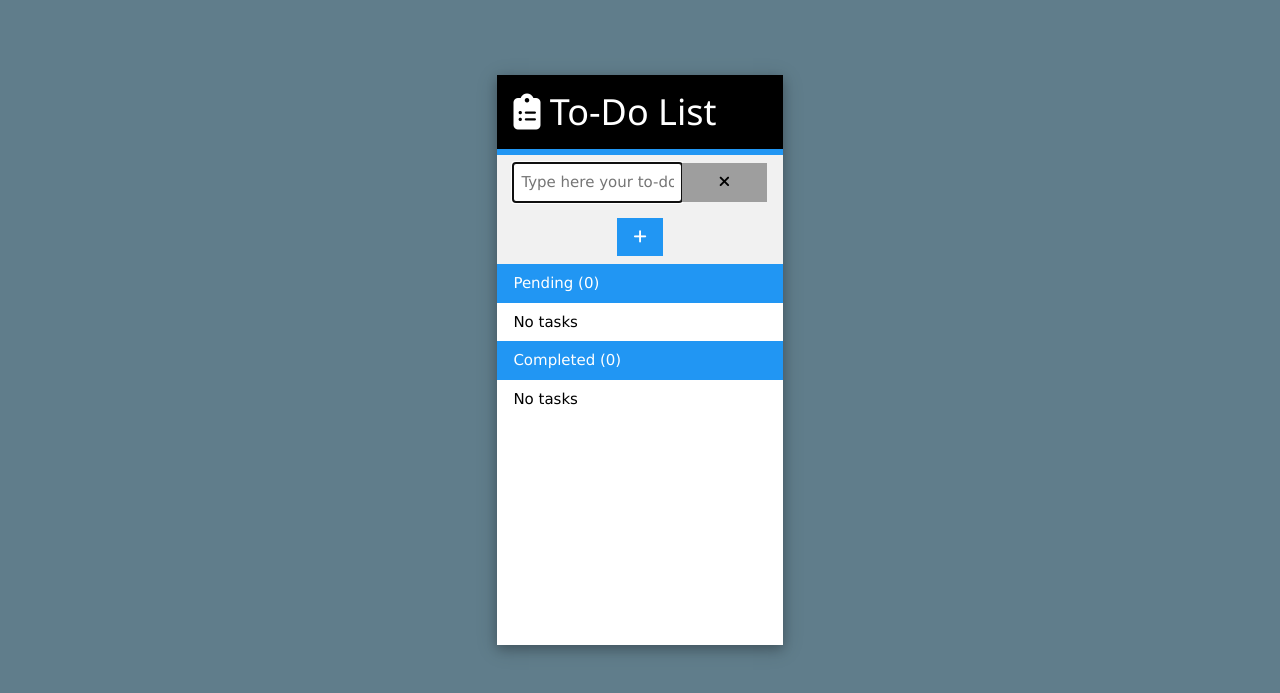
Repository: bclover/vue3-design-patterns-book
Page: /
The author's editor kept a copy of each file at every save. The page is drawn from the files as they stood at one save, then again after the next save.
The browser window is 1280 px wide. The pictures show the whole page.
The project was rebuilt for these pictures with package versions that can differ from the ones it lists, and the page was loaded fresh each time. Also part of the build but not shown: vite.config.ts.

Above is the page before, as saved 2023-06-19 22:33:10.

After the next save:
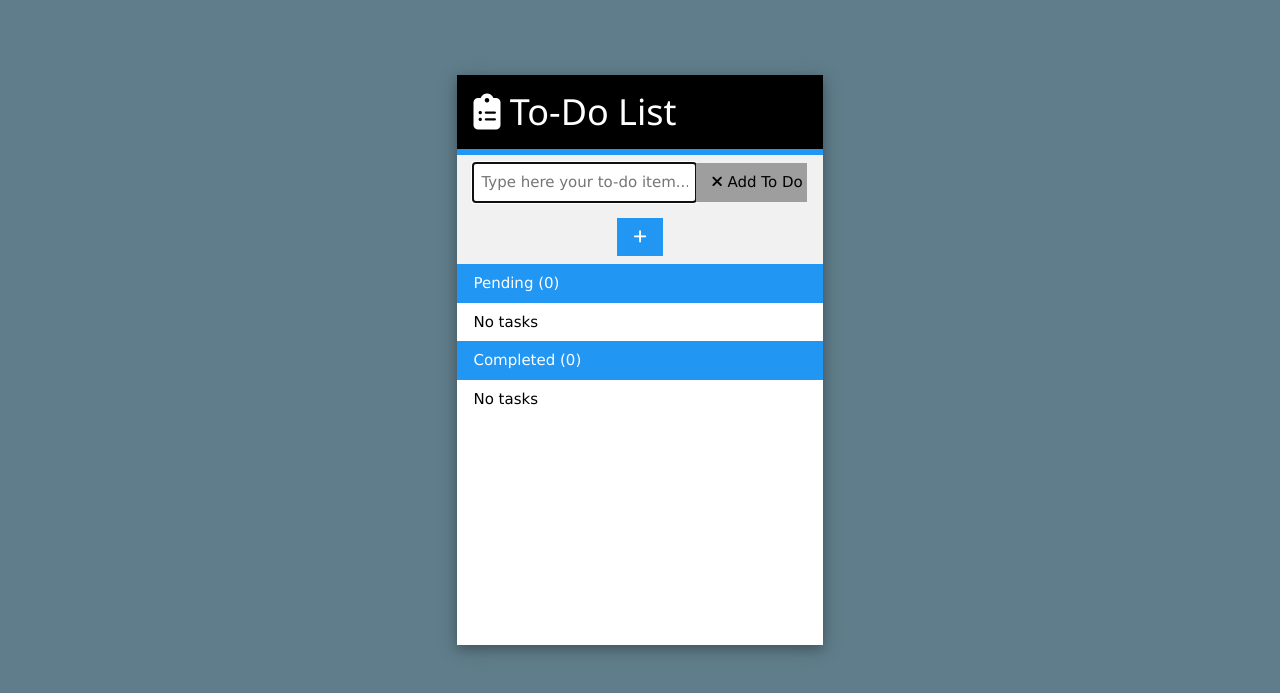
Saved 17 s later.
--- a/src/components/ToDos.vue
+++ b/src/components/ToDos.vue
@@ -51,6 +51,7 @@ function addToDo() {
       />
       <button class="w3-button w3-third w3-gray" @click="clearToDo()">
         <i class="fa-solid fa-times"></i>
+        Add To Do
       </button>
     </div>
 
